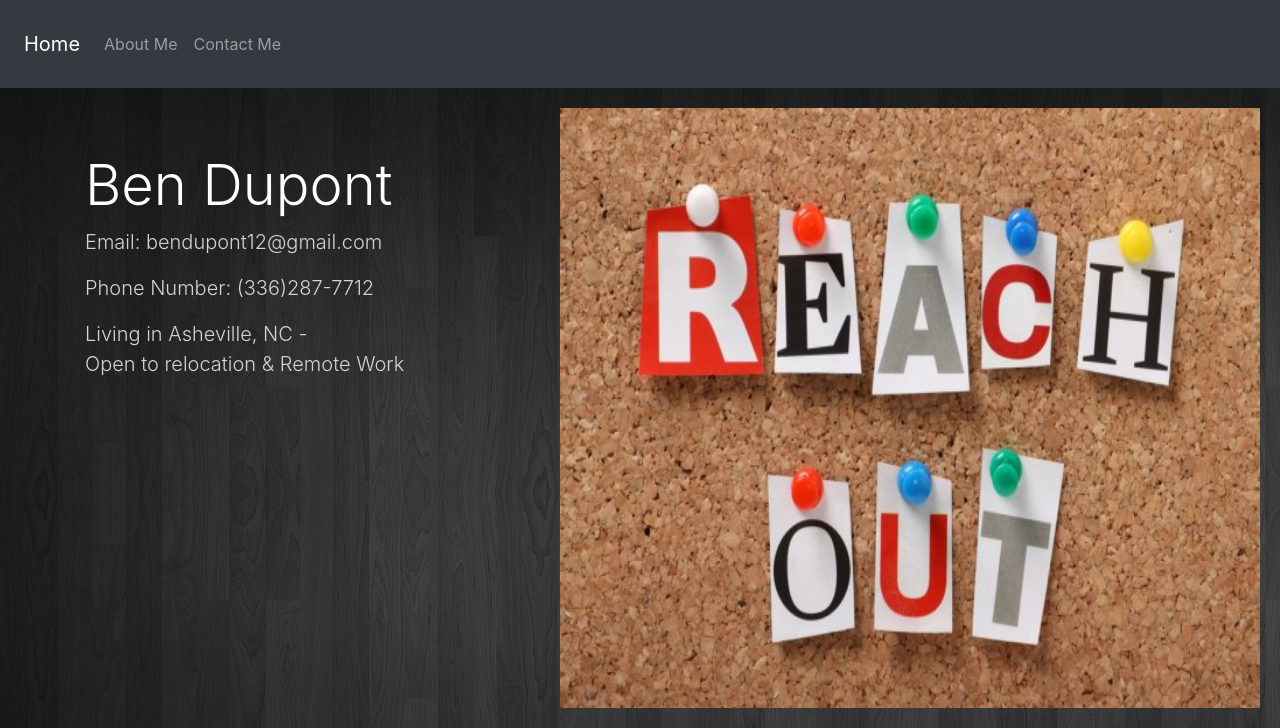
Repository: dupbd/portfolioWebPage
Page: BensSite/src/main/resources/static/contact.html
The author's editor kept a copy of each file at every save. The page is drawn from the files as they stood at one save, then again after the next save.
The browser window is 1280 px wide. The pictures show the whole page.

Above is the page before, as saved 2021-02-07 21:54:19.

### BensSite/src/main/resources/static/contact.html
<!DOCTYPE html>
<html>
<head>
	<title>Ben Dupont</title>
	<link rel="stylesheet" href="style.css">
	<link rel="stylesheet" href="https://cdn.jsdelivr.net/npm/bootstrap@4.5.3/dist/css/bootstrap.min.css" integrity="sha384-TX8t27EcRE3e/ihU7zmQxVncDAy5uIKz4rEkgIXeMed4M0jlfIDPvg6uqKI2xXr2" crossorigin="anonymous">
</head>
<body>

<nav class="navbar navbar-expand-lg navbar-dark bg-dark p-4">
<button class="navbar-toggler" type="button" data-toggle="collapse" data-target="#navbarTogglerDemo03" aria-controls="navbarTogglerDemo03" aria-expanded="false" aria-label="Toggle navigation">
  <span class="navbar-toggler-icon"></span>
</button>
<a class="navbar-brand" href="index.html">Home</a>

<div class="collapse navbar-collapse" id="navbarTogglerDemo03">
<ul class="navbar-nav mr-auto mt-2 mt-lg-0">
  <li class="nav-item">
    <a class="nav-link" href="aboutMe.html">About Me</a>
  </li>
  <li class="nav-item">
  <a class="nav-link" href="contact.html">Contact Me<span class="sr-only">(current)</span></a>
</li>
</ul>
</div>
</nav>

<img class="me" src="reachout.jpg" alt="It's Me" width="700" height="600" style="margin:20px; float:right;">


<div class="jumbotron jumbotron-fluid">
<div class="container">
<h1 class="display-4">Ben Dupont</h1>
<p class="lead">Email: bendupont12@gmail.com</p>
<p class="lead">Phone Number: (336)287-7712</p>
<p class="lead">Living in Asheville, NC - <br>Open to relocation & Remote Work</p>
</div>
</div>



</body>

</html>

### BensSite/src/main/resources/static/style.css
#resume {
	 display: block;
  margin-left: auto;
  margin-right: auto;

}
.card {
	margin-left: 100px;
	margin-top: 0px;
	margin-bottom: 50px;


	}


body {
	background-image: url("background.jpg") !important;
	overflow: auto;
	}

.jumbotron {
	background: none !important;
	margin-bottom: 0px !important;
	}

.lead {
	color: lightgrey;
	}

.display-4 {
	color: white;
	}

.aboutme {
	color: lightgrey;
	margin-left: 15px;
	}

.card-body {
	background-color: lightgrey !important;
	}

After the next save:
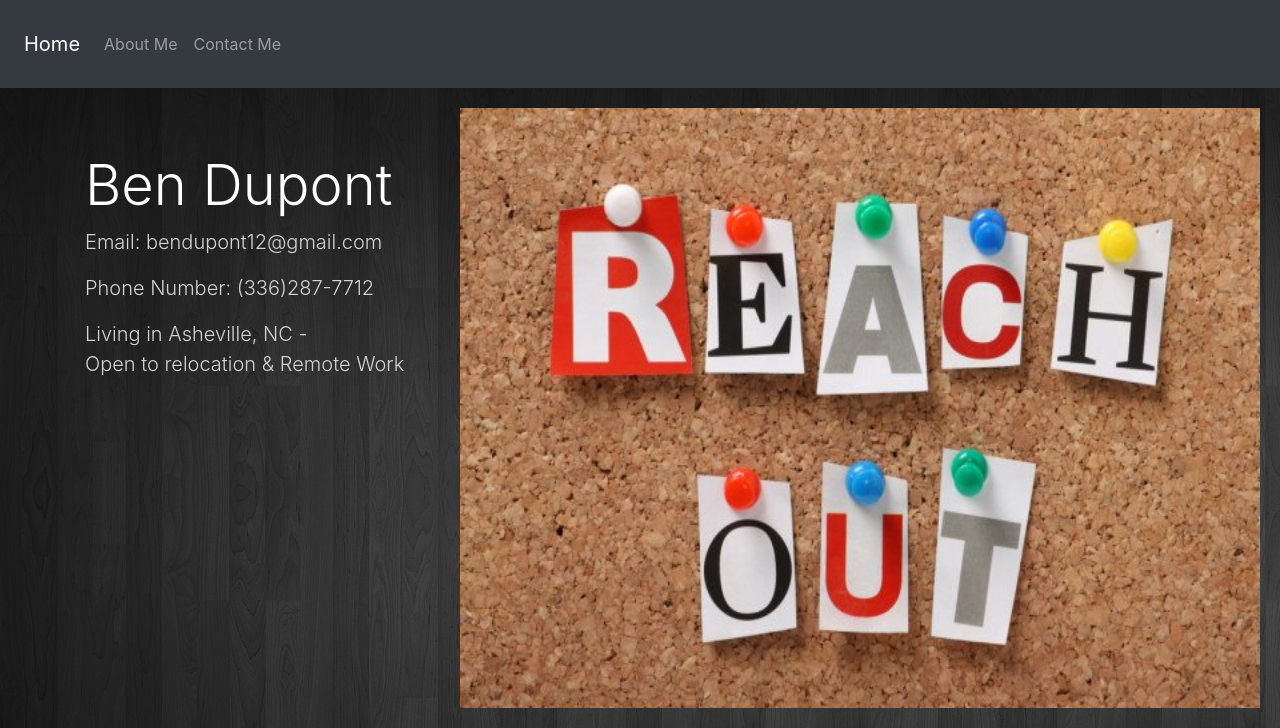
Saved 12 s later.
--- a/BensSite/src/main/resources/static/contact.html
+++ b/BensSite/src/main/resources/static/contact.html
@@ -25,7 +25,7 @@
 </div>
 </nav>
 
-<img class="me" src="reachout.jpg" alt="It's Me" width="700" height="600" style="margin:20px; float:right;">
+<img class="me" src="reachout.jpg" alt="It's Me" width="800" height="600" style="margin:20px; float:right;">
 
 
 <div class="jumbotron jumbotron-fluid">
